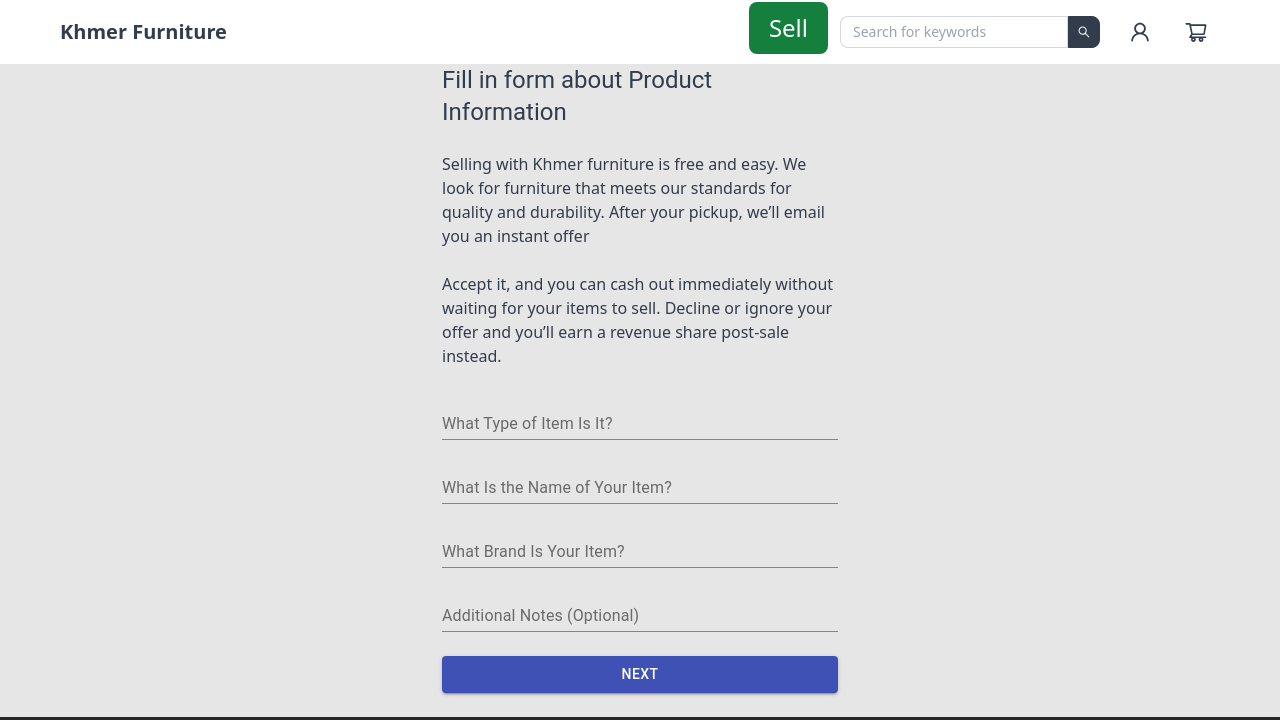
Repository: PlayerNguyen/dotot-shop
Page: /sell (app in client/)
The author's editor kept a copy of each file at every save. The page is drawn from the files as they stood at one save, then again after a run of saves.
The browser window is 1280 px wide. The pictures show the whole page.
An inner scrolling area shows only its first screen. The project was rebuilt for these pictures with package versions that can differ from the ones it lists, and the page was loaded fresh each time. Also part of the build but not shown: client/src/components/NoMatch/NoMatch.jsx, client/src/components/Sell/UserDetails.js, client/src/components/Sell/Confirmation.js, client/src/components/Sell/Success.js.

Above is the page before, as saved 2022-12-08 12:41:09.

After the next 2 saves:
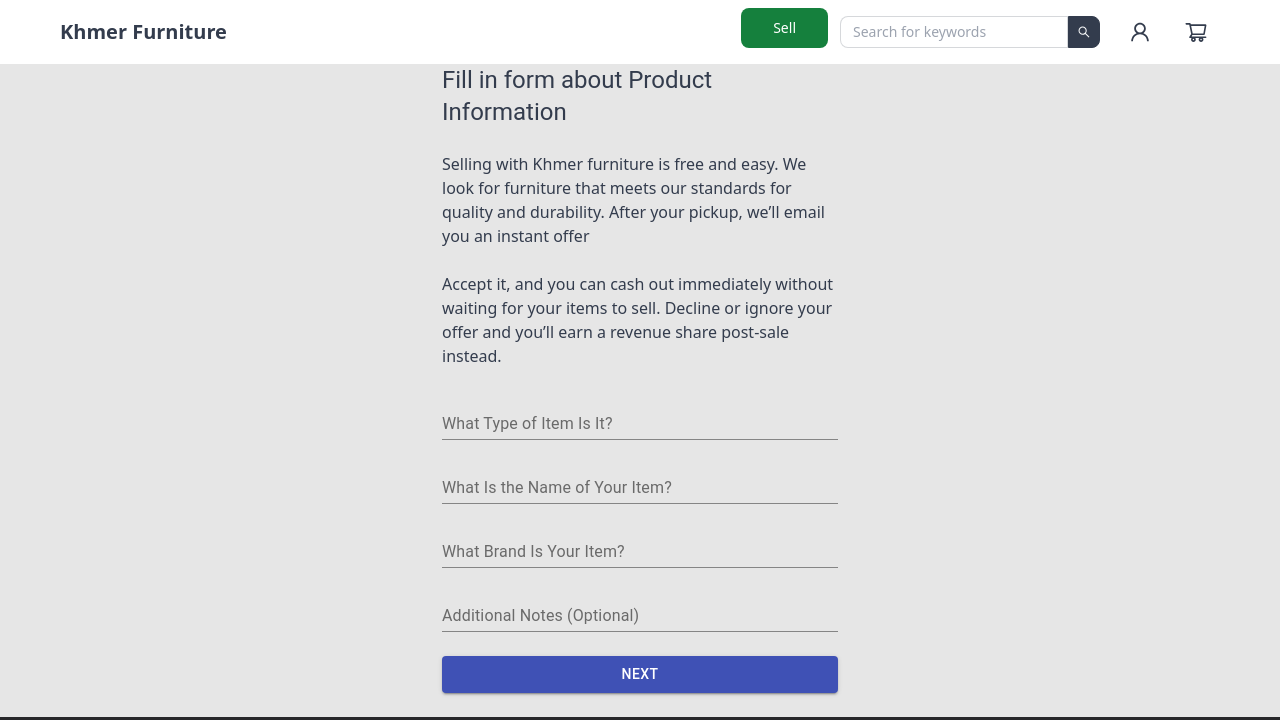
The 2 saves are shown as one change because they came seconds apart.
The last was saved 9 s later.
--- a/client/src/components/Navbar/Navbar.jsx
+++ b/client/src/components/Navbar/Navbar.jsx
@@ -35,7 +35,7 @@ export default function Navbar() {
       {/* Wide screen  */}
       <div className="hidden lg:flex flex-row gap-1 text-2xl">
       <Link to="/sell">
-          <h1 className="focus:outline-none text-white bg-green-700 hover:bg-green-800 focus:ring-4 focus:ring-green-300 font-medium rounded-lg text-m px-5 py-2.5 mr-2 mb-2 dark:bg-green-600 dark:hover:bg-green-700 dark:focus:ring-green-800 ">Sell </h1>
+          <h1 className="focus:outline-none text-white bg-green-700 hover:bg-green-800 focus:ring-4 focus:ring-green-300 font-medium rounded-lg text-sm px-8 py-2.5 mr-2 mb-2 dark:bg-green-600 dark:hover:bg-green-700 dark:focus:ring-green-800 ">Sell </h1>
           <span></span>
         </Link>
         {/* Search group */}
